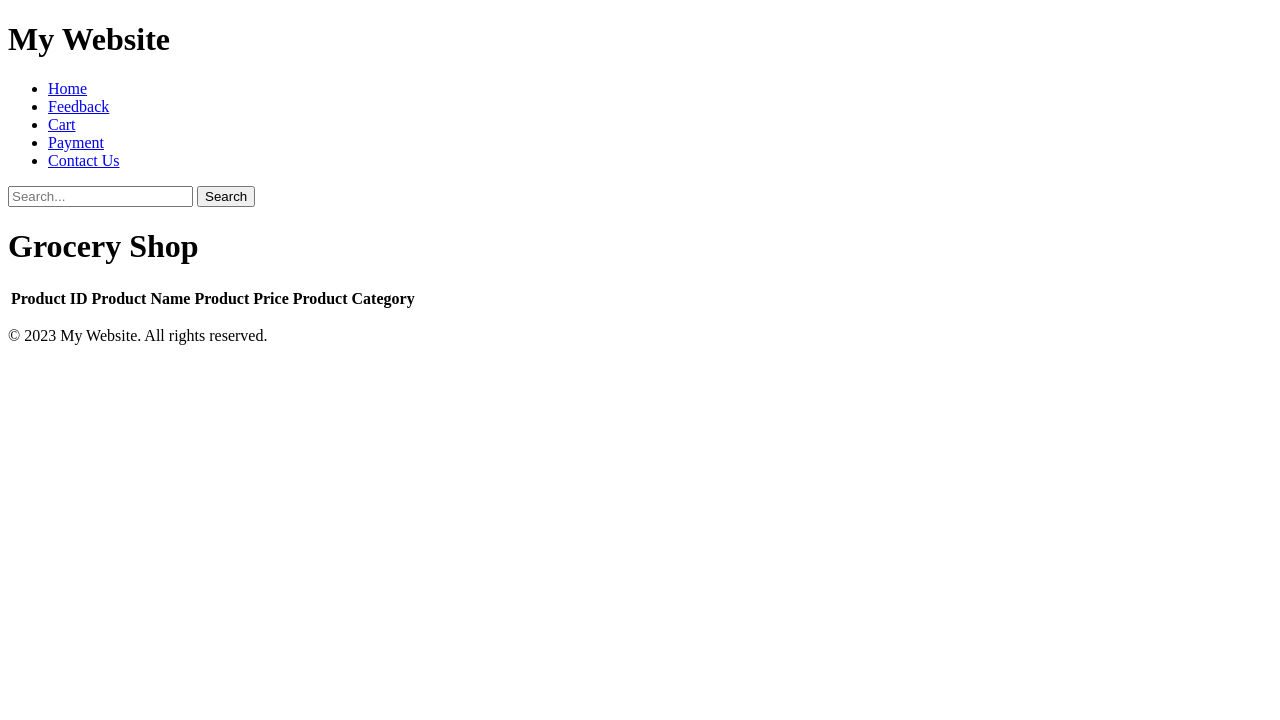
Repository: UrinduYatawakaa/OOP_project
Page: http://localhost/ProductDemo/categoryServlet
The author's editor kept a copy of each file at every save. The page is drawn from the files as they stood at one save, then again after the next save.
The browser window is 1280 px wide. The pictures show the whole page.
The page is served by Tomcat 9. Other server files are loaded and not shown. Queries for data that is not in the repository find no rows.

Above is the page before, as saved 2023-10-23 22:01:33.
Not found: oop project/ProductDemo/ProductDemo/test.css

### oop project/ProductDemo/src/main/webapp/category.jsp
<%@ page language="java" contentType="text/html; charset=ISO-8859-1"
    pageEncoding="ISO-8859-1"%>
    <%@taglib prefix="c" uri="http://java.sun.com/jsp/jstl/core"%>

<!DOCTYPE html>
<html lang="en">

<head>
    <meta charset="UTF-8">
    <meta name="viewport" content="width=device-width, initial-scale=1.0">
    <link rel="stylesheet" href="test.css">
    <title>Simple Grocery Cart</title>
</head>
<header>
    <div class="container">
        <h1>My Website</h1>
        <nav>
            <ul>
                <li><a href="#">Home</a></li>
                <li><a href="#">Feedback</a></li>
                <li><a href="#">Cart</a></li>
                <li><a href="#">Payment</a></li>
                <li><a href="#">Contact Us</a></li>
            </ul>
        </nav>
        <div class="search-bar">
            <form action="log" method="post">
                <input type="text" name="ProductName" placeholder="Search...">
                <input type="submit" name="submit" value="Search">
            </form>
        </div>

    </div>
</header>

<body>
    <div class="container">
        <h1>Grocery Shop</h1>
        <table class="cart">
            <thead>
                <tr>
                    <th>Product ID</th>
                    <th>Product Name</th>
                    <th>Product Price</th>
                    <th>Product Category</th>
                </tr>
            </thead>
            <c:forEach var="product" items = "${productDetails}" >

            <c:set var="id" value="${product.id}"/>
            <c:set var="name" value="${product.name}"/>
            <c:set var="price" value="${product.price}"/>
            <c:set var="category" value="${product.category}"/>

            <tbody>
                <tr>
                    <td>${product.id}</td>
                    <td>${product.name}</td>
                    <td>${product.price}</td>
                    <td>${product.category}</td>
                </tr>

        </c:forEach>
        </tbody>

        </table>
    </div>

    <footer>
        <div class="container">
            <p>&copy; 2023 My Website. All rights reserved.</p>
        </div>
    </footer>
</body>

</html>

### oop project/ProductDemo/src/main/java/com/product/categoryServlet.java
package com.product;

import java.io.IOException;
import java.util.List;

import javax.servlet.RequestDispatcher;
import javax.servlet.ServletException;
import javax.servlet.annotation.WebServlet;
import javax.servlet.http.HttpServlet;
import javax.servlet.http.HttpServletRequest;
import javax.servlet.http.HttpServletResponse;

@WebServlet("/categoryServlet")
public class categoryServlet extends HttpServlet {
	private static final long serialVersionUID = 1L;

	protected void doGet(HttpServletRequest request, HttpServletResponse response) throws ServletException, IOException {
		String category = request.getParameter("category");

		List<Product> productDetails = ProductDBUtil.getCategory(category);
			request.setAttribute("productDetails", productDetails);

			RequestDispatcher dis = request.getRequestDispatcher("category.jsp");
			dis.forward(request, response);



	}
}

### oop project/ProductDemo/src/main/java/com/product/ProductDBUtil.java
package com.product;
import java.sql.Connection;
import java.sql.DriverManager;
import java.sql.PreparedStatement;
import java.sql.ResultSet;
import java.sql.Statement;
import java.util.ArrayList;
import java.util.List;


public class ProductDBUtil {

	private static boolean isSuccess;
	private static Connection con = null;
	private static Statement stmt = null;
	private static ResultSet rs = null;

	public static List<Product> getProduct (String name){

		ArrayList<Product> product = new ArrayList<>();



		try {
			//String sql = "select * from product_details where product_name='%''"+name+"''%'";
			con = DBConnect.getConnction();
			stmt = con.createStatement();
			String sql = "SELECT * FROM product_details WHERE product_name LIKE '%" + name + "%'";
			rs = stmt.executeQuery(sql);

			if(rs.next()) {
				int id = rs.getInt(1);
				String productName = rs.getString(2);
				double price = rs.getDouble(3);
				String category = rs.getString(4);

				Product p = new Product(id,productName,price,category);
				product.add(p);
			}

		} catch (Exception e) {
			e.printStackTrace();
		}



		return product;

	}

	public static boolean InsertProduct(String name, String price, String category) {

		boolean isSuccess = false;


		try {
			con = DBConnect.getConnction();
			stmt = con.createStatement();
            double Price = Double.parseDouble(price); // Convert the String to a double

			String sql = "insert into product_details values (0,'"+name+"','"+Price+"','"+category+"')";
			int rs = stmt.executeUpdate(sql); //update to query

			if(rs>0) {
				isSuccess = true;
			} else {
				isSuccess = false;
			}

		} catch (Exception e) {
			e.printStackTrace();
		}


		return isSuccess;
	}

	public static boolean updateProduct(String id, String name, String price, String category) {

		try {
			con = DBConnect.getConnction();
			stmt = con.createStatement();

			double Price = Double.parseDouble(price);

			String sql = "update product_details set product_name='"+name+"', product_price='"+Price+"', product_category='"+category+"' where idproduct_details='"+id+"'";
			int rs = stmt.executeUpdate(sql);

			if(rs > 0) {
				isSuccess = true;
			} else {
				isSuccess = false;
			}

		} catch (Exception e) {
			e.printStackTrace();
		}

		return isSuccess;
	}

	public static List<Product> getProdcutDetails(String id){

		int convertID = Integer.parseInt(id);

		ArrayList<Product> product = new ArrayList<>();

		try {

			con = DBConnect.getConnction();
			stmt = con.createStatement();
			String sql = "SELECT * FROM product_details WHERE idproduct_details='" + convertID + "'";
			rs = stmt.executeQuery(sql);

			while(rs.next()) {
				int ID = rs.getInt(1);
				String productName = rs.getString(2);
				double price = rs.getDouble(3);
				String category = rs.getString(4);

				Product p = new Product(ID,productName,price,category);
				product.add(p);
			}


		} catch (Exception e) {
			e.printStackTrace();
		}

		return product;
	}

	//
	public static List<Product> getCategory(String category){


		ArrayList<Product> product = new ArrayList<>();

		try {

			con = DBConnect.getConnction();
			stmt = con.createStatement();
			String sql = "SELECT * FROM product_details WHERE product_category='" + category + "'";
			rs = stmt.executeQuery(sql);

			while(rs.next()) {
				int ID = rs.getInt(1);
				String productName = rs.getString(2);
				double price = rs.getDouble(3);
				String categoryy = rs.getString(4);

				Product p = new Product(ID,productName,price,categoryy);
				product.add(p);
			}


		} catch (Exception e) {
			e.printStackTrace();
		}

		return product;
	}



}

### oop project/ProductDemo/src/main/java/com/product/DBConnect.java
package com.product;

import java.sql.Connection;
import java.sql.DriverManager;

public class DBConnect {

	private static String url = "jdbc:mysql://localhost:3306/product";
	private static String user = "root";
	private static String password = "1234";
	private static Connection con;

	public static Connection getConnction() {

		try {
			Class.forName("com.mysql.jdbc.Driver");

			con = DriverManager.getConnection(url, user, password);

		} catch (Exception e) {
			System.out.println("Database connection failed!");
		}

		return con;

	}

}

### oop project/ProductDemo/src/main/webapp/css/stylesheader.css
@charset "ISO-8859-1";

body {
    font-family: Arial, sans-serif;
    margin: 0;
    padding: 0;
    background-color: #f4f4f4;
}

.container {
    width: 80%;
    margin: 0 auto;
    overflow: hidden;
}

header {
    background-color: #333;
    color: #fff;
    padding: 20px 0;
    box-shadow: 0px 4px 5px 0px rgba(0, 0, 0, 0.2);
}

header h1 {
    float: left;
    margin: 0;
    font-size: 24px;
}

header h1 span {
    color: #4CAF50;
}

nav ul {
    float: right;
    list-style: none;
    margin: 0;
    padding: 0;
}

nav ul li {
    display: inline;
    margin-left: 20px;
}

nav ul li a {
    color: #fff;
    text-decoration: none;
    transition: color 0.3s;
}

nav ul li a:hover {
    color: #4CAF50;
}

.search-bar{
    width: 40%;
    border-left: 10px;
    float:right;
}
.search-bar form {
    display: flex;
}

.search-bar input[type="text"] {
    padding: 10px;
    border: none;
    border-radius: 20px 0 0 20px;
    margin-right: 0;
    flex: 1;
}

.search-bar input[type="submit"] {
    padding: 10px 20px;
    background-color: #4CAF50;
    color: #fff;
    border: none;
    border-radius: 0 20px 20px 0;
    cursor: pointer;
    transition: background-color 0.3s;
}

.search-bar input[type="submit"]:hover {
    background-color: #45a049;
}

footer {
    background-color: #333;
    color: #fff;
    text-align: center;
    padding: 10px 0;
    position: fixed;
    bottom: 0;
    width: 100%;
}

### oop project/ProductDemo/src/main/webapp/css/category.css
@charset "ISO-8859-1";

body {
    font-family: Arial, sans-serif;
    background-color: #fff;
    color: #333;
    margin: 0;
    padding: 0;
}

.container {
    max-width: 600px;
    margin: 0 auto;
    padding: 20px;
    background-color: #fff;
    box-shadow: 0 0 10px rgba(0, 0, 0, 0.1);
    border-radius: 5px;
    margin-top: 50px;
}

h1 {
    text-align: center;
    color: #4CAF50;
}

.cart {
    width: 100%;
    margin-top: 20px;
    border-collapse: collapse;
}

.cart th, .cart td {
    padding: 10px;
    text-align: left;
    border-bottom: 1px solid #ddd;
}

.cart th {
    background-color: #4CAF50;
    color: #fff;
}

.cart tbody tr:hover {
    background-color: #f5f5f5;
}

After the next save:
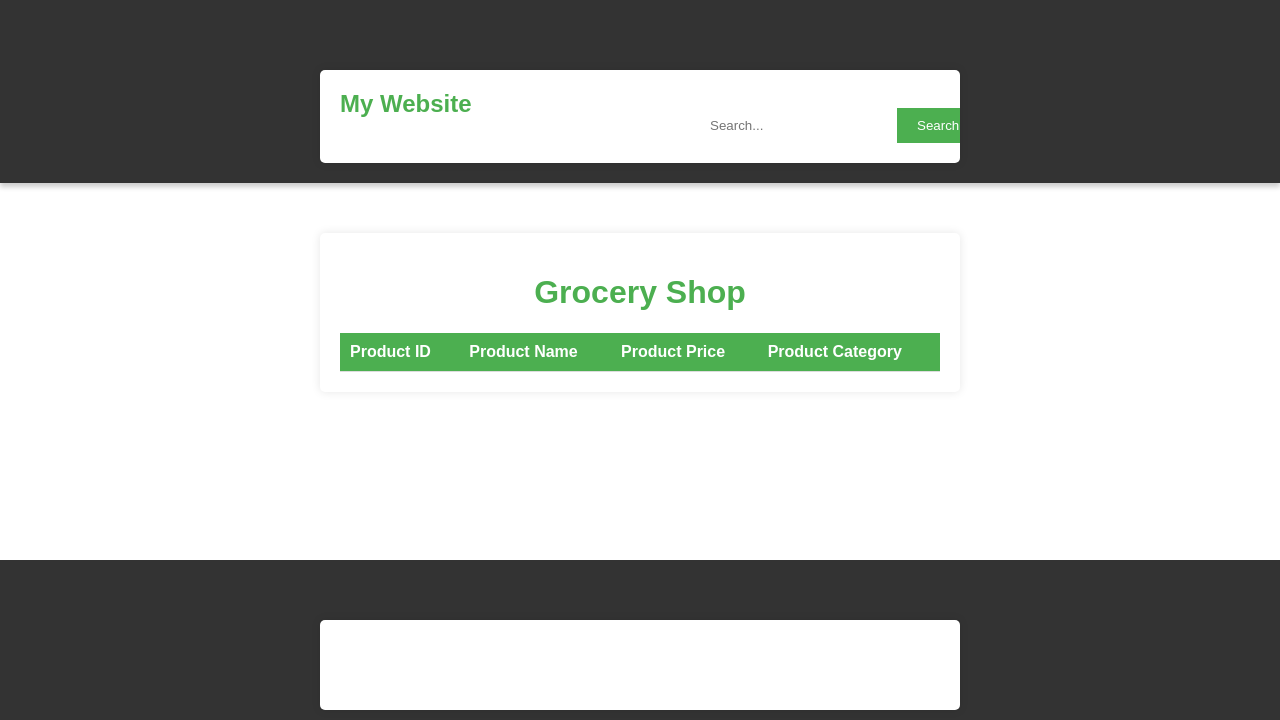
Saved 34 s later.
--- a/oop project/ProductDemo/src/main/webapp/category.jsp
+++ b/oop project/ProductDemo/src/main/webapp/category.jsp
@@ -8,7 +8,8 @@
 <head>
     <meta charset="UTF-8">
     <meta name="viewport" content="width=device-width, initial-scale=1.0">
-    <link rel="stylesheet" href="test.css">
+    <link rel="stylesheet" href="css/stylesheader.css" type="text/css">
+    <link rel="stylesheet" href="css/category.css" type="text/css">
     <title>Simple Grocery Cart</title>
 </head>
 <header>
